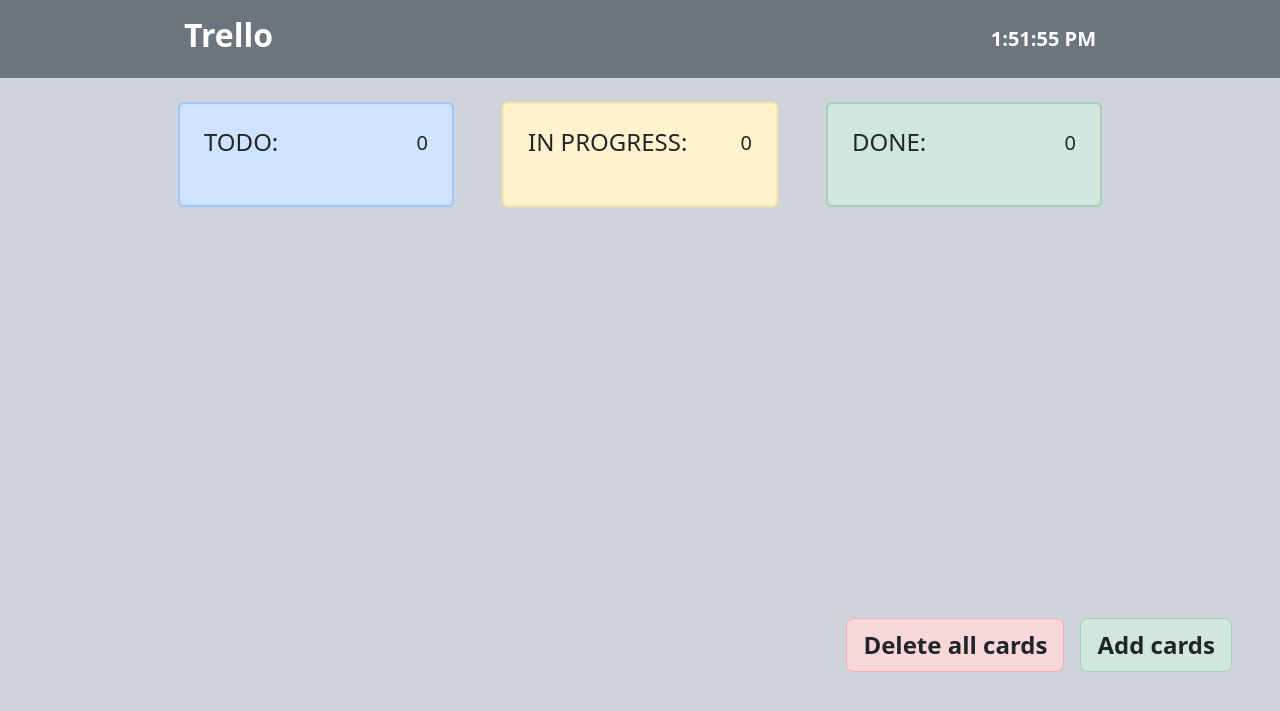
Repository: Valeria154/trello-app-clone
Page: / (app in trello-app-project/)
These files come from the project's save history. The page is drawn as it stood at one moment and after the next save; the edit follows.
The browser window is 1280 px wide. The pictures show the whole page.
The project was rebuilt for these pictures with package versions that can differ from the ones it lists, and the page was loaded fresh each time. Also part of the build but not shown: trello-app-project/vite.config.js.

Above is the page before, as saved 2025-03-16 20:43:32.

After the next save:
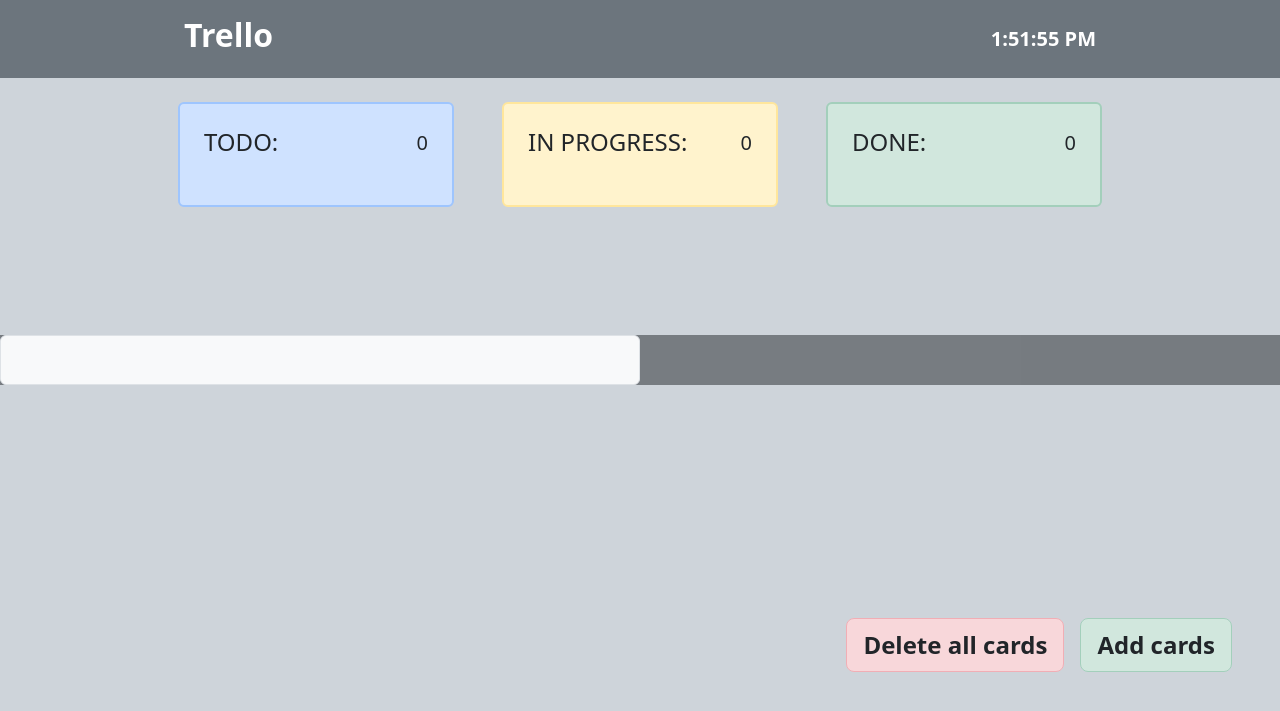
Saved 10 min 33 s later.
--- a/trello-app-project/src/index.html
+++ b/trello-app-project/src/index.html
@@ -53,9 +53,9 @@
 			</div>
 			<!-- Modal form -->
 			<div id="modalFormContainer" class="position-relative block" style="z-index: 20">
-				<!-- <div class="position-fixed top-50 start-50 translate-middle w-100 bg-dark bg-opacity-50">
+				<div class="position-fixed top-50 start-50 translate-middle w-100 bg-dark bg-opacity-50">
 					<form id="todoForm" class="p-4 border rounded bg-light text-start fw-semibold w-50 position-relative">
-						<div class="mb-3">
+						<!-- <div class="mb-3">
 							<label for="titile" class="form-label fs-5">Title</label>
 							<input type="text" class="form-control" id="title" placeholder="Enter todo...">
 						</div>
@@ -78,9 +78,9 @@
 						<button type="submit" class="btn btn-primary bg-secondary bg-gradient border-secondary">Add card
 							TODO</button>
 						<button type="button" class="btn-close position-absolute top-0 end-0 me-4 mt-4"
-							aria-label="close"></button>
+							aria-label="close"></button> -->
 					</form>
-				</div> -->
+				</div>
 			</div>
 		</div>
 	</main>

After the 2 saves that followed:
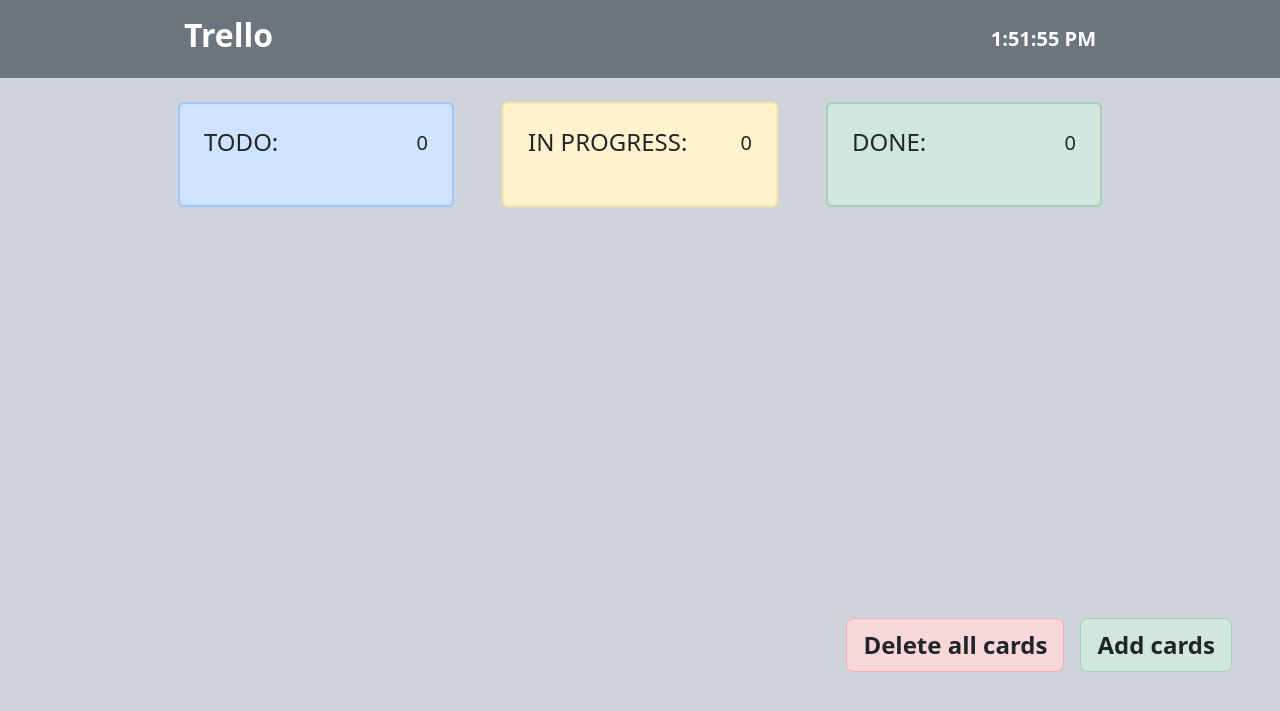
The 2 saves are shown as one change because 1 left the picture as it was.
The last was saved 102 s later.
--- a/trello-app-project/src/index.html
+++ b/trello-app-project/src/index.html
@@ -53,7 +53,7 @@
 			</div>
 			<!-- Modal form -->
 			<div id="modalFormContainer" class="position-relative block" style="z-index: 20">
-				<div class="position-fixed top-50 start-50 translate-middle w-100 bg-dark bg-opacity-50">
+				<div class="position-fixed top-50 start-50 translate-middle w-100 bg-dark bg-opacity-50 hidden">
 					<form id="todoForm" class="p-4 border rounded bg-light text-start fw-semibold w-50 position-relative">
 						<!-- <div class="mb-3">
 							<label for="titile" class="form-label fs-5">Title</label>
--- a/trello-app-project/src/main.js
+++ b/trello-app-project/src/main.js
@@ -49,8 +49,8 @@
 		const btnCloseElement = modalFormElement.querySelector('.btn-close')
 		btnCloseElement.addEventListener('click', () => toggleModal(modalFormElement))
 
-		const formElement = modalFormElement.querySelector('#form')
-		formElement.addEventListener('submit', handleSubmitForm)
+		// const formElement = modalFormElement.querySelector('#form')
+		// formElement.addEventListener('submit', handleSubmitForm)
 	}
 	toggleModal(modalFormElement) // Открываем модальное окно
 }
